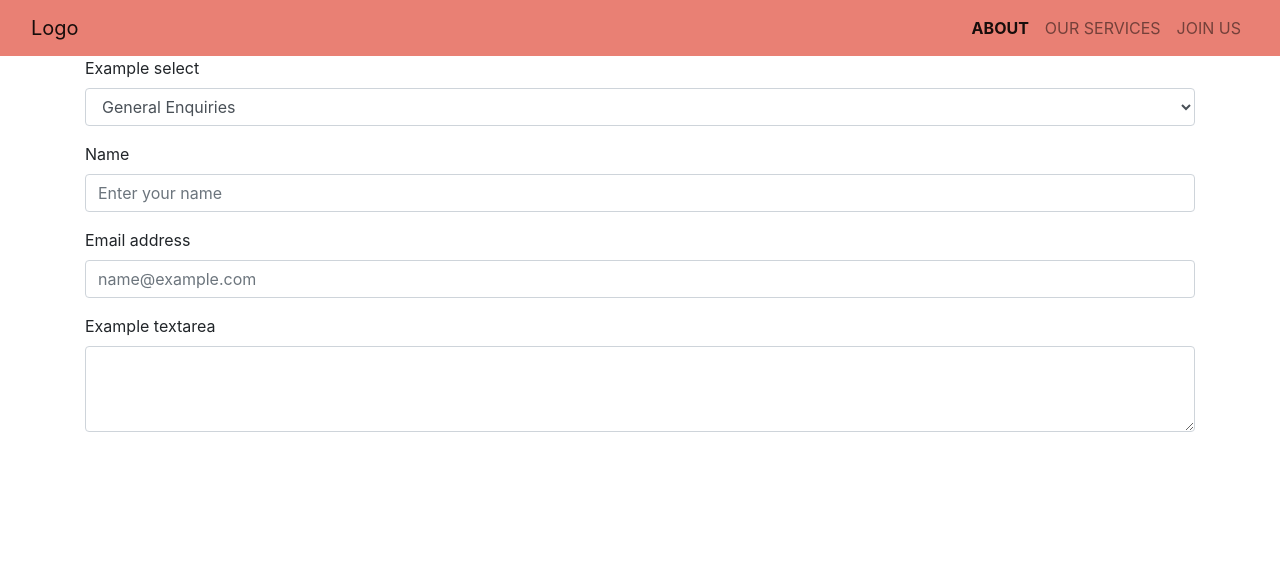
Repository: Code-Institute-Submissions/Jasonngyt-Project1
Page: enquiry.html
The author's editor kept a record of every edit. The page is drawn from the files as they stood at one moment, then again after the next edit.
The browser window is 1280 px wide. The pictures show the whole page.
Some web fonts or font styles are not loaded; a fallback is used. Some web libraries are served in a nearby version.

Above is the page before.

### enquiry.html
<!DOCTYPE html>
<html lang="en">
<head>
    <meta charset="UTF-8">
    <meta name="viewport" content="width=device-width, initial-scale=1.0">
    <meta http-equiv="X-UA-Compatible" content="ie=edge">
    <title>Donation/Volunteer</title>

    <!-- Bootsrap CSS -->
    <link rel="stylesheet" href="https://stackpath.bootstrapcdn.com/bootstrap/4.3.1/css/bootstrap.min.css" integrity="sha384-ggOyR0iXCbMQv3Xipma34MD+dH/1fQ784/j6cY/iJTQUOhcWr7x9JvoRxT2MZw1T" crossorigin="anonymous">

    <!-- Font Awesome -->
    <script src="https://kit.fontawesome.com/749eb0769b.js"></script>

    <!--Google Font -->
    <link href="https://fonts.googleapis.com/css?family=PT+Serif+Caption&display=swap" rel="stylesheet">

    <!-- mystyle.css -->
    <link rel="stylesheet" href="CSSstyle/mystyle.css" type="text/css"/>

</head>
<body>

    <!-- Navbar -->
    <nav class="navbar navbar-expand-md navbar-light sticky-top">
        <div class="container-fluid">
            <a class="navbar-brand" href="index.html">Logo</a>
            <button class="navbar-toggler" type="button" data-toggle="collapse" data-target="#navbarSupportedContent">
                <span class="navbar-toggler-icon"></span>
            </button>

            <div class="collapse navbar-collapse" id="navbarSupportedContent">
                <ul class="navbar-nav ml-auto">
                    <li class="nav-item active">
                        <a class="nav-link nav text-uppercase" href="index.html"><strong>About</strong><span class="sr-only">(current)</span></a>
                    </li>
                    <li class="nav-item">
                        <a class="nav-link text-uppercase" href="services.html">Our Services</a>
                    </li>
                    <li class="nav-item">
                        <a class="nav-link text-uppercase" href="enquiry.html" tabindex="-1">Join Us</a>
                    </li>
                </ul>
            </div>
        </div>
    </nav>

    <!-- Form -->
    <div class="container">
        <form>
            <div class="form-group">
                <label for="exampleFormControlSelect1">Example select</label>
                <select class="form-control" id="exampleFormControlSelect1">
                    <option>General Enquiries</option>
                    <option>Volunter</option>
                    <option>Donation</option>
                </select>
            </div>
            <div class="form-group">
                <label for="formGroupExampleInput">Name</label>
                <input type="text" class="form-control" id="formGroupExampleInput" placeholder="Enter your name">
            </div>
            <div class="form-group">
                <label for="exampleFormControlInput1">Email address</label>
                <input type="email" class="form-control" id="exampleFormControlInput1" placeholder="name@example.com">
            </div>
            <div class="form-group">
                <label for="exampleFormControlTextarea1">Example textarea</label>
                <textarea class="form-control" id="exampleFormControlTextarea1" rows="3"></textarea>
            </div>
        </form>
    </div>

    <!- Bootstrap Javascript -->
    <script src="https://code.jquery.com/jquery-3.3.1.slim.min.js" integrity="sha384-q8i/X+965DzO0rT7abK41JStQIAqVgRVzpbzo5smXKp4YfRvH+8abtTE1Pi6jizo" crossorigin="anonymous"></script>
    <script src="https://cdnjs.cloudflare.com/ajax/libs/popper.js/1.14.7/umd/popper.min.js" integrity="sha384-UO2eT0CpHqdSJQ6hJty5KVphtPhzWj9WO1clHTMGa3JDZwrnQq4sF86dIHNDz0W1" crossorigin="anonymous"></script>
    <script src="https://stackpath.bootstrapcdn.com/bootstrap/4.3.1/js/bootstrap.min.js" integrity="sha384-JjSmVgyd0p3pXB1rRibZUAYoIIy6OrQ6VrjIEaFf/nJGzIxFDsf4x0xIM+B07jRM" crossorigin="anonymous"></script>
</body>
</html>

### CSSstyle/mystyle.css
.navbar{
    background-color: #E98074;
}
.nav {
    text-transform: uppercase
}

.about_font {
    font-family: 'PT Serif Caption', serif;
}

.about{
    background-color: #EAE7DC;
    padding: 0px;
    margin: 0px;
}

.about_bg {
    position: relative;
    background-image: url("../image/superchild.jpg");
    padding: 0%;
    width: 100%;
    height: 80vh;
    background-position: center;
    background-repeat: no-repeat;
    background-size: cover;
}

.statistic {
    height: 150px;
    background-color: #E85A4F;
    margin: 20px;
    color: white;
    padding: 20px;
}

After the next edit:
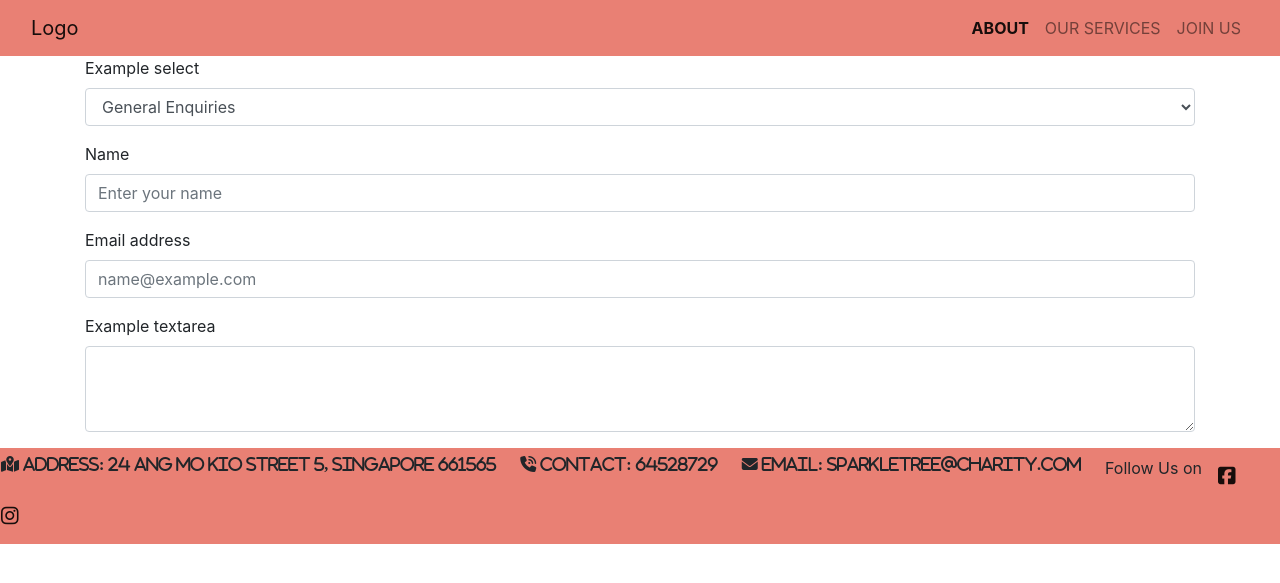
The edit:
--- a/enquiry.html
+++ b/enquiry.html
@@ -71,6 +71,18 @@
         </form>
     </div>
 
+     <!-- Footer Navbar -->
+    <nav class="navbar navbar-light justify-content-center">
+        <div class="row">
+            <div class="fas fa-map-marked-alt pr-4"> Address: 24 Ang Mo Kio Street 5, Singapore 661565</div>
+            <div class="fas fa-phone-volume pr-4"> Contact: 64528729</div>
+            <div class="fas fa-envelope pr-4"> Email: sparkletree@charity.com </div>
+            <p class="pr-3">Follow Us on </p>
+            <a class="navbar-brand" href="#! pr-4"><i class="fab fa-facebook-square pr-3"></i></a>
+            <a class="navbar-brand" href="#!"><i class="fab fa-instagram"></i></a>
+        </div>
+    </nav>
+
     <!- Bootstrap Javascript -->
     <script src="https://code.jquery.com/jquery-3.3.1.slim.min.js" integrity="sha384-q8i/X+965DzO0rT7abK41JStQIAqVgRVzpbzo5smXKp4YfRvH+8abtTE1Pi6jizo" crossorigin="anonymous"></script>
     <script src="https://cdnjs.cloudflare.com/ajax/libs/popper.js/1.14.7/umd/popper.min.js" integrity="sha384-UO2eT0CpHqdSJQ6hJty5KVphtPhzWj9WO1clHTMGa3JDZwrnQq4sF86dIHNDz0W1" crossorigin="anonymous"></script>
